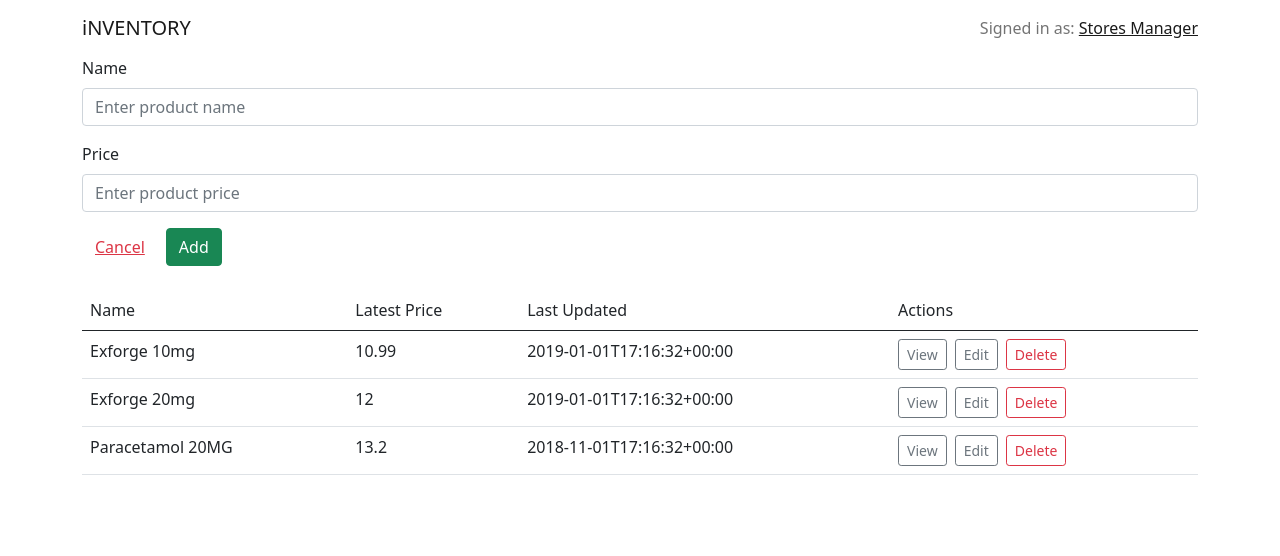
Repository: tHEO2k17/inventory-manager
Page: /
The author's editor kept a copy of each file at every save. The page is drawn from the files as they stood at one save, then again after the next save.
The browser window is 1280 px wide. The pictures show the whole page.
The project was rebuilt for these pictures with package versions that can differ from the ones it lists, and the page was loaded fresh each time.

Above is the page before, as saved 2021-08-31 09:16:56.

After the next save:
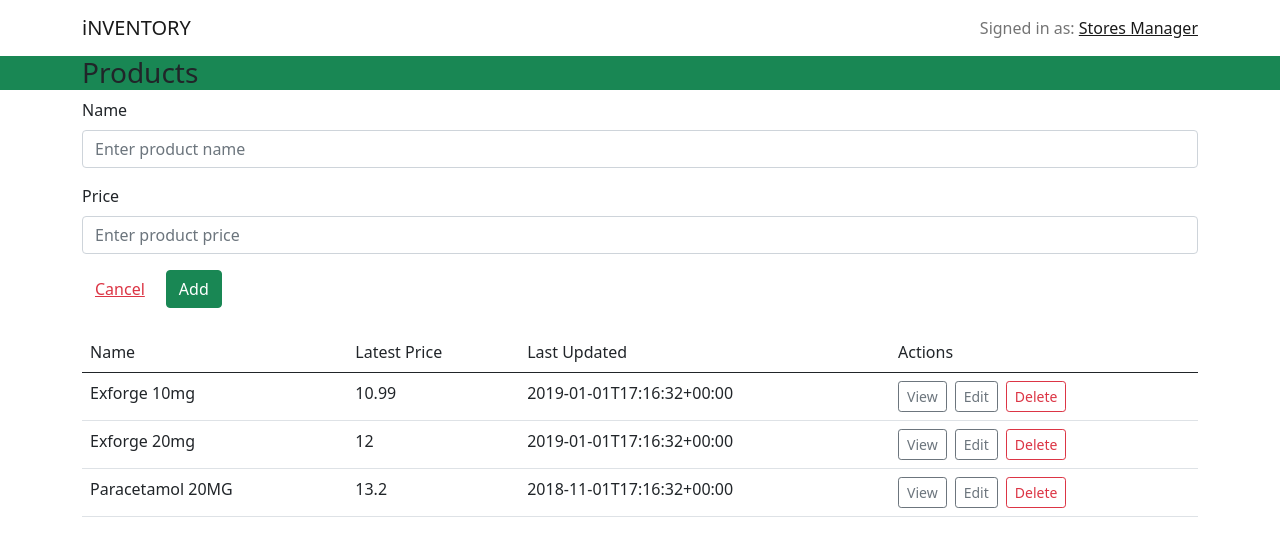
Saved 31 s later.
--- a/src/presentation/components/Banner.tsx
+++ b/src/presentation/components/Banner.tsx
@@ -1,7 +1,12 @@
+import { Container } from "react-bootstrap";
+
 const Banner = () => {
     return (
        <section className="bg-success">
+           <Container>
+               <h3>Products</h3>
 
+           </Container>
        </section>
     );
 }
